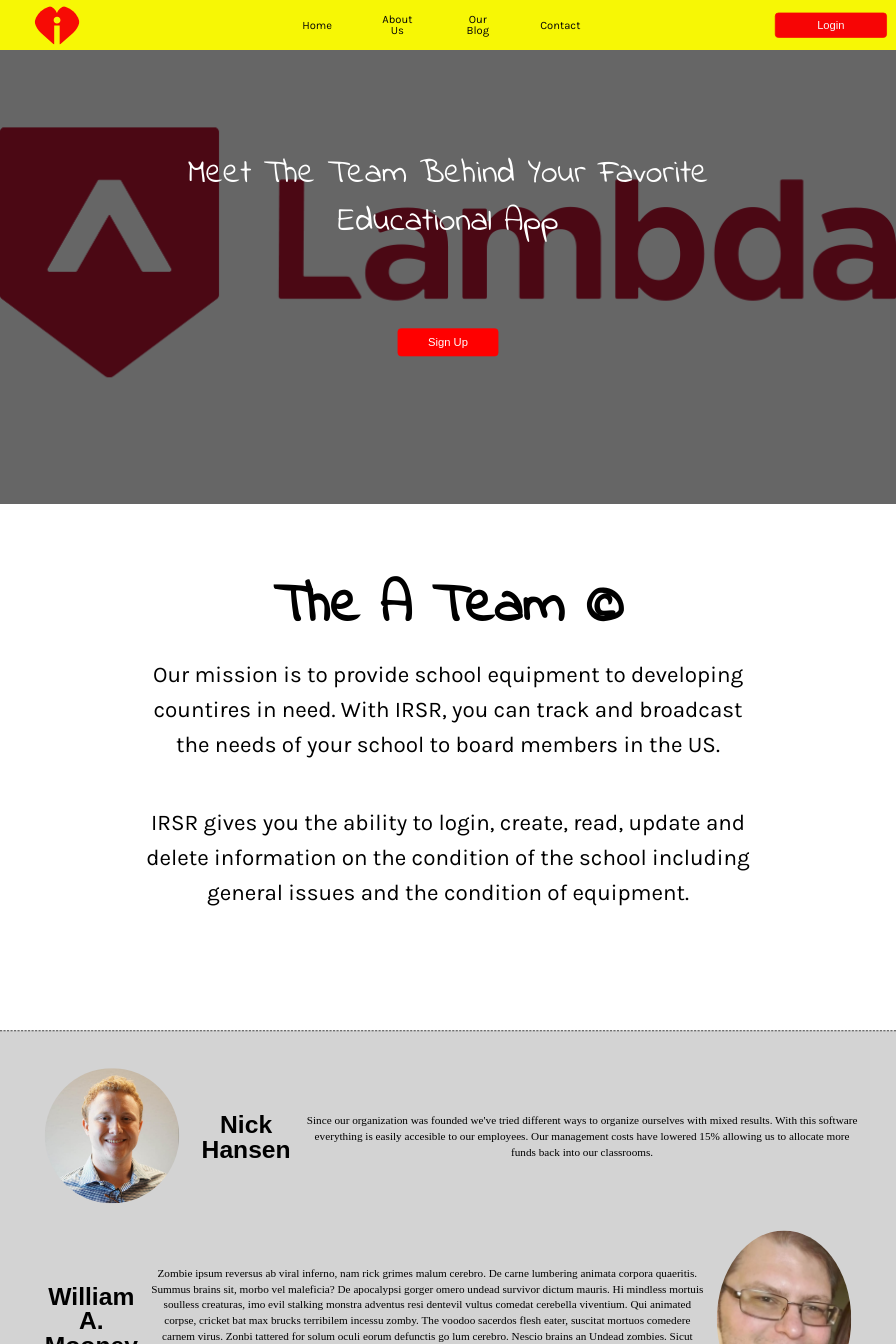
Repository: internationalrural-school-report/maketing-page
Page: about-us.html
These files come from the project's save history. The page is drawn as it stood at one moment and after the next save; the edit follows.
The browser window is 1280 px wide. The pictures show the part of the page from y = 0 to 1920 px (the page is 2715 px tall), at 70% of full size.
Backgrounds fixed to the window are drawn as part of the page.

Above is the page before, as saved 2019-08-29 14:56:03.

### about-us.html
<!DOCTYPE html>

<html lang="en">

<head>
  <meta charset="UTF-8" />
  <meta name="viewport" content="width=device-width, initial-scale=1" />

  <title>International Rural School Report</title>

  <link href="https://fonts.googleapis.com/css?family=Indie+Flower|Karla:400,700i&display=swap" rel="stylesheet">

  <link rel="stylesheet" href="about-us-marketing.css" />

</head>

<body>
  <div class="container">

    <!-- HEADER SECTION -->

    <header>
      <nav>
        <input type="checkbox" id="nav" class="hidden" />
        <label for="nav" class="nav-btn">
          <i></i>
          <i></i>
          <i></i>
        </label>
        <div class="header-button">
          <button>Login</button>
        </div>
        <div class="nav-wrapper">
          <ul>
            <li><a href="marketing.html">Home</a></li>
            <li><a href="about-us.html">About Us</a></li>
            <li><a href="#">Our Blog</a></li>
            <li><a href="#">Contact</a></li>
          </ul>
          <div class="header-button-mobile">
            <button>Login</button>
          </div>
        </div>
        <div class="main-logo">
          <img class="header-logo" src="Images/heart-icon.svg" alt="Our Companys logo." />
        </div>
      </nav>
    </header>

    <!-- CTA SECTION -->

    <section class="cta-container">
      <div class="color-overlay"></div>
      <div class="cta">
        <div class="cta-txt-container">
          <div class="cta-txt1">
            <p>
              Meet The Team Behind Your Favorite Educational App
            </p>
          <!----></div>
          <div class="cta-txt2">

          </div>
          <button>Sign Up</button>
        </div>
      </div>
    </section>

    <!-- OUR MISSION SECTION -->

    <section class="mission-container">
      <div class="mission-txt">
        <h1>The A Team ©</h1>
        <p>Our mission is to provide school equipment to developing countires in need.
          With IRSR, you can track and broadcast the needs of your school to board members
          in the US.</p>

        <p>
          IRSR gives you the ability to login, create, read, update and delete information on the condition
          of the school including general issues and the condition of equipment.
        </p>
      </div>
    </section>

    <!--OUR INFO-->
    <section class="testimonials">
      <div class="first-member member">
          <div>
            <img src="Images/Nick-Hansen.png" alt="Image of Nick Hansen">
          </div>
        <h2>Nick Hansen</h2>
        <p>Since our organization was founded we've tried different ways to organize ourselves with mixed results. With this software
          everything is easily accesible to our employees. Our management costs have lowered 15% allowing us to allocate more funds back into
          our classrooms.
        </p>
      </div>
      <div class="second-member member">
        <h2>William A. Mooney</h2>
        <p>Zombie ipsum reversus ab viral inferno, nam rick grimes malum cerebro. De carne lumbering animata corpora quaeritis. Summus
          brains sit​​, morbo vel maleficia? De apocalypsi gorger omero undead survivor dictum mauris. Hi mindless mortuis soulless creaturas,
          imo evil stalking monstra adventus resi dentevil vultus comedat cerebella viventium. Qui animated corpse, cricket bat max brucks
          terribilem incessu zomby. The voodoo sacerdos flesh eater, suscitat mortuos comedere carnem virus. Zonbi tattered for solum oculi
          eorum defunctis go lum cerebro. Nescio brains an Undead zombies. Sicut malus putrid voodoo horror. Nigh tofth eliv ingdead.
          With the help of this software I was able to cut my time on the computer down, and focus more time helping students out. It
          really is a game changer.
        </p>
        <div>
            <img  src="Images/Willam-Mooney.png" alt="Image of William A. Mooney">
          </div>
      </div>
      <div class="third-member member">
        <div>
          <img  src="Images/portrait.jpg" alt="Image of Stephen Freeman">
        </div>
        <h2>Stephen Freeman</h2>
        <p>Zombie ipsum reversus ab viral inferno, nam rick grimes malum cerebro. De carne lumbering animata corpora quaeritis. Summus brains
           sit​​, morbo vel maleficia? De apocalypsi gorger omero undead survivor dictum mauris. Hi mindless mortuis soulless creaturas, imo evil
            stalking monstra adventus resi dentevil vultus comedat cerebella viventium. Qui animated corpse, cricket bat max brucks terribilem
            incessu zomby. The voodoo sacerdos flesh eater, suscitat mortuos comedere carnem virus. Zonbi tattered for solum oculi eorum
            defunctis go lum cerebro. Nescio brains an Undead zombies. Sicut malus putrid voodoo horror. Nigh tofth eliv ingdead.
          </p>
      </div>
      <div class="fourth-member member">
        <div>
          <img  src="Images/me.png" alt="Image of Nile River Logo">
        </div>
        <h2>Gerardo Cazares (under Pikachu head)</h2>
        <p>Zombie ipsum reversus ab viral inferno, nam rick grimes malum cerebro. De carne lumbering animata corpora quaeritis. Summus brains
           sit​​, morbo vel maleficia? De apocalypsi gorger omero undead survivor dictum mauris. Hi mindless mortuis soulless creaturas, imo evil
            stalking monstra adventus resi dentevil vultus comedat cerebella viventium. Qui animated corpse, cricket bat max brucks terribilem
            incessu zomby. The voodoo sacerdos flesh eater, suscitat mortuos comedere carnem virus. Zonbi tattered for solum oculi eorum
            defunctis go lum cerebro. Nescio brains an Undead zombies. Sicut malus putrid voodoo horror. Nigh tofth eliv ingdead.
          </p>
      </div>
    </section>

     <!---FOOTER-->
    <section class ="footer">
        <img class="footer-logo" src="Images/heart-icon.svg" alt="Our Companys logo." />
        <a href=""></br>About Us</a>
        <a href="">Mission</a>
        <a href="">Partners</a>
        <a href="">Contact Us</a>
    </section>

    </body>


  </div>
</body>

### about-us-marketing.css
/* http://meyerweb.com/eric/tools/css/reset/ 2. v2.0 | 20110126
  License: none (public domain)
*/

html, body, div,span,applet,object,iframe,h1,h2,h3,h4,h5,h6,p,blockquote,pre,a,abbr,acronym,
address,big,cite,code,del,dfn,em,img,ins,kbd,q,s,samp,small,strike,
strong,sub,sup,tt,var,b,u,i,center,dl,dt,dd,ol,ul,li,fieldset,
form,label,legend,table,caption,tbody,tfoot,thead,
tr,th,td,article,aside,canvas,details,embed,figure,
figcaption,footer,header,hgroup,menu,nav,output,ruby,section,summary,time,mark,audio,
video {
  margin: 0;
  padding: 0;
  border: 0;
  font-size: 100%;
  /* font: inherit; */
  vertical-align: baseline;
}
/* HTML5 display-role reset for older browsers */
article,
aside,
details,
figcaption,
figure,
footer,
header,
hgroup,
menu,
nav,
section {
  display: block;
}
body {
  line-height: 1;
}
ol,
ul {
  list-style: none;
}
blockquote,
q {
  quotes: none;
}
blockquote:before,
blockquote:after,
q:before,
q:after {
  content: "";
  content: none;
}
table {
  border-collapse: collapse;
  border-spacing: 0;
}

/* CSS STARTS HERE */
/* CSS STARTS HERE */
/* CSS STARTS HERE */

.container {
  width: 100%;
  height: 100%;
  margin: auto;
}

/* HEADER/NAV CSS STARTS HERE */
/* HEADER/NAV CSS STARTS HERE */
/* HEADER/NAV CSS STARTS HERE */

header {
  width: 100%;
  height: 10%;
  display: flex;
  flex-direction: row-reverse;
  justify-content: space-between;
  position: fixed;
  background-color: yellow;
  z-index: 9999;
  align-items: center;
  align-content: center;
  opacity: 0.95;
}

nav {
  display: flex;
  flex-direction: row-reverse;
  justify-content: space-evenly;
  align-items: center;
  width: 100%;
  height: 100%;
}

.nav-wrapper ul {
  display: flex;
  flex-direction: row;
  width: 100%;
  justify-content: center;
  align-items: center;
  width: 50%;
  height: 100%;
}

.nav-wrapper {
  height: 100%;
  width: 100%;
  display: flex;
  flex-direction: row;
  justify-content: center;
  align-items: center;
}

.nav-wrapper a {
  color: black;
  font-size: 20px;
  text-decoration: none;
  text-align: center;
  margin: 0 22px;
  display: flex;
  padding: 10px;
  font-size: 1rem;
  font-family: "Karla", sans-serif;
}

.nav-wrapper li {
  width: 30%;
  display: flex;
  justify-content: center;
}

header nav a:hover {
  border-bottom: 2px solid green;
  color: black;
}

header .img-logo {
  display: flex;
  flex-direction: column-reverse;
  margin-left: 30px;
}

.main-logo {
  display: flex;
  justify-content: center;
}

.header-logo {
  width: 40%;
}

.header-button {
  display: flex;
  justify-content: center;
  align-items: center;
  width: 20%;
}

.header-button button {
  padding: .5rem 3rem;
  width: 10rem;
  border-radius: 5px;
  text-align: center;
  background-color: red;
  color: white;
  border: 0.5px solid red;
  font-size: 1rem;
}

.hidden {
  display: none;
}

.header-button-mobile {
  display: none;
}

/* CTA CSS STARTS HERE */
/* CTA CSS STARTS HERE */
/* CTA CSS STARTS HERE */

.cta-container {
  background-color: white;
  display: flex;
  flex-direction: column;
  align-items: center;
  justify-content: center;
  width: 100%;
  height: 100vh;
  position: relative;
  bottom: 0px;
  margin: 0;
  background-image: url("Images/lambda-2.png");
  background-position: 50% 50%;
  background-size: contain ;
  background-repeat: no-repeat;
  background-attachment: fixed;
}

.color-overlay {
  width: 100%;
  height: 100%;
  background: #000;
  opacity: 0.6;
  position: absolute;
}

.cta {
  width: 100%;
  height: 100vh;
  display: flex;
  flex-direction: column;
  justify-content: center;
  align-items: center;
}

.cta-txt-container {
  text-align: center;
  position: absolute;
  display: flex;
  flex-direction: column;
  color: white;
  align-items: center;
  justify-content: center;
  height: 50%;
  width: 65%;
}

.cta-txt1 {
  font-size: 3rem;
  margin-bottom: 95px;
  font-family: "Indie Flower", cursive;
}

.cta-txt2 {
  font-size: 1.5rem;
  margin-bottom: 20px;
  font-family: "Karla", sans-serif;
}

.cta-txt-container button {
  padding: 10px 22px;
  width: 9rem;
  border-radius: 5px;
  text-align: center;
  background-color: red;
  color: white;
  border: 0.5px solid red;
  font-size: 1rem;
}

.cta-txt-container button:hover {
  background-color: green;
  border: 0.5px solid green;
}

/* MISSION CSS STARTS HERE */
/* MISSION CSS STARTS HERE */
/* MISSION CSS STARTS HERE */

.mission-container {
  width: 100%;
  height: 100vh;
  display: flex;
  flex-direction: column;
  justify-content: center;
  align-items: center;
}

.mission-txt {
  width: 70%;
  height: 70%;
  display: flex;
  flex-direction: column;
  justify-content: space-between;
}

h1 {
  font-family: "Indie Flower", cursive;
  font-size: 5rem;
  text-align: center;
}

.mission-txt p {
  font-family: "Karla", sans-serif;
  font-size: 2rem;
  text-align: center;
  line-height: 50px;
}



.computer {
  width: 25%;
}

.tablet {
  width: 25%;
}

.laptop {
  width: 25%;
}

.router {
  width: 25%;
}



h2 {
    font-size: 2.2rem;
    margin-bottom: 15px;
    font-family: 'Nunito', sans-serif ;
    padding-left: 1rem;
    padding-right: 1rem;
    text-align: center;
    margin: auto;
  }

  p {
    line-height: 1.4;
    padding-bottom: 0.3rem;
    padding-top: 0.3rem;
    text-align: center;
    margin: auto;
  }

  img {
    padding-left: 1rem;
    padding-right: 1rem;
    border-radius: 100%;
    max-width: 12rem;
    height: auto;
    align-items: center;
  }
.testimonials {


  border-top: .1rem dashed black;
  margin-top: 2rem;
  background: lightgray;
  padding-top: 3rem;
  padding-left: 3rem;
  padding-right: 3rem;

}
.first-member {
  display: flex;
  flex-wrap: row wrap;
  padding-bottom: 0.3rem;
  padding-top: 0.3rem;
}

.second-member {
  display: flex;
  flex-wrap: row wrap;
  padding-bottom: 2rem;
  padding-top: 2rem;

}

.third-member {
  display: flex;
  flex-wrap: row wrap;
  padding-bottom: 2rem;
  padding-top: 2rem;
}

.footer {
  text-align: center;
  padding-bottom: 1.5rem;
  padding-top: 1rem;
  padding-left: 3rem;
  padding-right: 3rem;
  background: rgb(255, 223, 78);
}
.footer a {
    text-decoration: none;
    color: black;
}
.footer-logo{
    width: 2rem;
    height: auto;
}
a {
  padding-left: 1rem;
  padding-right: 1rem;
}
@media (max-width: 800px) {
    .footer {
        display: none;
    }

}

@media (max-width: 500px) {
  .container {
    width: 100%;
  }
  .footer {
    display: none;
}
  /* @media HEADER/NAV CSS HERE */

  .container header {
    width: 100%;
    display: flex;
    flex-direction: column-reverse;
    justify-content: center;
    align-items: center;
    /* position: unset; */
  }

  .nav-wrapper {
    position: fixed;
    top: 0;
    left: 0;
    width: 100%;
    height: 100%;
    z-index: -1;
    background: red;
    opacity: 0;
    transition: all 0.2s ease;
  }
  .header-logo {
      height: 3rem;
  }

  .nav-wrapper ul {
    position: absolute;
    top: 50%;
    transform: translateY(-50%);
    width: 100%;
  }
  .nav-wrapper ul li {
    display: block;
    float: none;
    width: 100%;
    text-align: center;
    margin-bottom: 10px;
  }

  .nav-wrapper ul li:nth-child(1) a {
    transition-delay: 0.2s;
  }

  .nav-wrapper ul li:nth-child(2) a {
    transition-delay: 0.3s;
  }

  .nav-wrapper ul li:nth-child(3) a {
    transition-delay: 0.4s;
  }

  .nav-wrapper ul li:nth-child(4) a {
    transition-delay: 0.5s;
  }

  .nav-wrapper ul li:not(:first-child) {
    margin-left: 0;
  }

  .nav-wrapper ul li a {
    padding: 10px 24px;
    opacity: 0;
    color: black;
    font-size: 14px;
    font-weight: 600;
    letter-spacing: 1.2px;
    transform: translateX(-20px);
    transition: transform 0.2s ease-out, opacity 0.2s ease-out;
  }

  .nav-wrapper ul li a:hover {
    color: #e4e4e4;
  }

  .nav-btn {
    position: fixed;
    right: 10px;
    top: 10px;
    display: block;
    width: 48px;
    height: 48px;
    cursor: pointer;
    z-index: 9999;
    border-radius: 50%;
  }

  .nav-btn i {
    display: block;
    width: 20px;
    height: 2px;
    background: #333;
    border-radius: 2px;
    margin-left: 14px;
  }

  .nav-btn i:nth-child(1) {
    margin-top: 16px;
  }
  .nav-btn i:nth-child(2) {
    margin-top: 4px;
    opacity: 1;
  }

  .nav-btn i:nth-child(3) {
    margin-top: 4px;
  }

  #nav:checked + .nav-btn {
    transform: rotate(45deg);
  }

  #nav:checked + .nav-btn i {
    background: #333;
    transition: transform 0.2s ease;
  }

  #nav:checked + .nav-btn i:nth-child(1) {
    transform: translateY(6px) rotate(180deg);
  }

  #nav:checked + .nav-btn i:nth-child(2) {
    opacity: 0;
  }

  #nav:checked + .nav-btn i:nth-child(3) {
    transform: translateY(-6px) rotate(90deg);
  }

  #nav:checked ~ .nav-wrapper {
    z-index: 9990;
    opacity: 1;
  }

  #nav:checked ~ .nav-wrapper ul li a {
    opacity: 1;
    transform: translateX(0);
  }

  .hidden {
    display: none;
  }

  .container header nav {
    display: flex;
    align-items: center;
    margin: 0;
    width: 100%;
  }

  .container header nav a {
    width: 100%;
    text-align: center;
    padding: 17px 0;
    font-size: 17px;
  }

  .container header .header-logo {
    display: flex;
    justify-content: flex-end;
    align-items: center;
    margin: 15px 0px;
  }

  .header-button {
    display: none;
  }

  .header-button-mobile {
    display: flex;
    justify-content: center;
    align-items: center;
    width: 20%;
  }

  .header-button-mobile button {
    padding: 10px 22px;
    width: 50%;
    border-radius: 5px;
    text-align: center;
    background-color: red;
    color: white;
    border: 0.5px solid red;
    font-size: 1rem;
  }

  /* CTA CSS STARTS HERE */
  /* CTA CSS STARTS HERE */
  /* CTA CSS STARTS HERE */
  /* CTA CSS STARTS HERE */

  .cta-container {
    background-color: white;
    display: flex;
    flex-direction: column;
    align-items: center;
    justify-content: center;
    width: 100%;
    height: 100vh;
    position: relative;
    bottom: 0px;
    margin: 0;
    background-image: url("Images/lambda-shield.png");
    background-position: 50% 50%;
    background-size: contain ;
    background-repeat: no-repeat;
    background-attachment: fixed;
  }

  .cta {
    width: 100%;
    height: 100%;
    display: flex;
    flex-direction: column;
    justify-content: center;
    align-items: center;
  }

  .cta-txt-container {
    text-align: center;
    position: absolute;
    display: flex;
    flex-direction: column;
    color: white;
    align-items: center;
    justify-content: space-evenly;
    height: 50%;
    width: 95%;
  }

  .cta-txt1 {
    font-size: 2rem;
    margin-bottom: none;
    font-family: "Indie Flower", cursive;
  }

  .cta-txt2 {
    font-size: 1.5rem;
    margin-bottom: none;
    font-family: "Karla", sans-serif;
  }

  .cta-txt-container button {
    padding: 10px 22px;
    width: 45%;
    border-radius: 5px;
    text-align: center;
    background-color: red;
    color: white;
    border: solid red;
    font-size: 1.5rem;
  }

  .mission-container {
    width: 100%;
    height: 75vh;
    display: flex;
    flex-direction: column;
    justify-content: center;
    align-items: center;
  }

  .mission-txt {
    width: 90%;
    height: 100%;
    display: flex;
    flex-direction: column;
    justify-content: space-evenly;
  }

  h1 {
    font-family: "Indie Flower", cursive;
    font-size: 4rem;
    text-align: center;
  }

  .mission-txt p {
    font-family: "Karla", sans-serif;
    font-size: 1.3rem;
    text-align: center;
    line-height: 50px;
  }

  .second-member {
      direction: rtl;
  }

  .member {
      flex-direction: column;
      justify-content: center;
      text-align: center;
  }

  .testimonials p {
    display: none;
}

  .computer {
    width: 25%;
  }

  .tablet {
    width: 25%;
  }

  .laptop {
    width: 25%;
  }

  .router {
    width: 25%;
  }

}

After the next save:
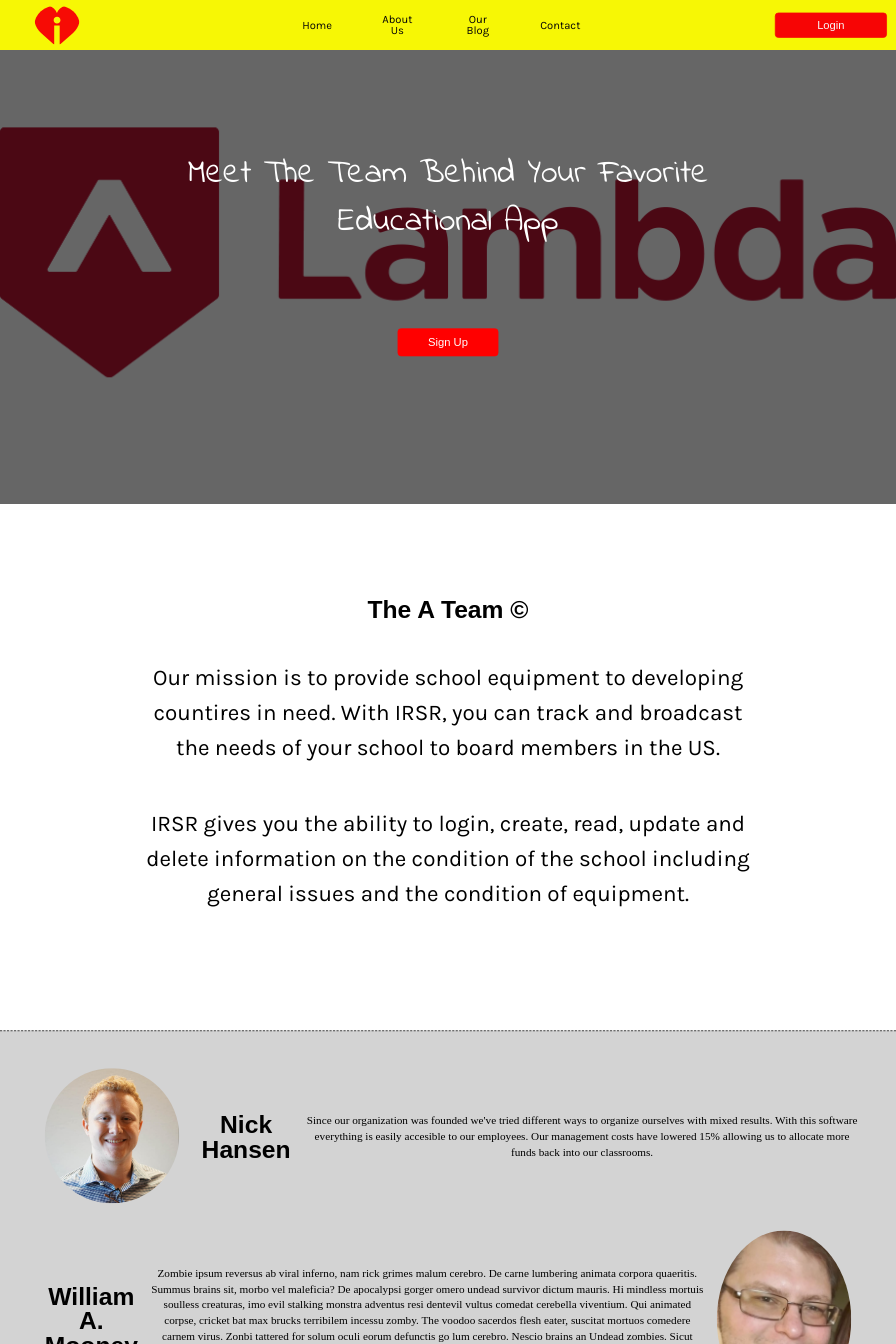
Saved 11 s later.
--- a/about-us.html
+++ b/about-us.html
@@ -70,7 +70,7 @@
 
     <section class="mission-container">
       <div class="mission-txt">
-        <h1>The A Team ©</h1>
+        <h2>The A Team ©</h1>
         <p>Our mission is to provide school equipment to developing countires in need.
           With IRSR, you can track and broadcast the needs of your school to board members
           in the US.</p>
